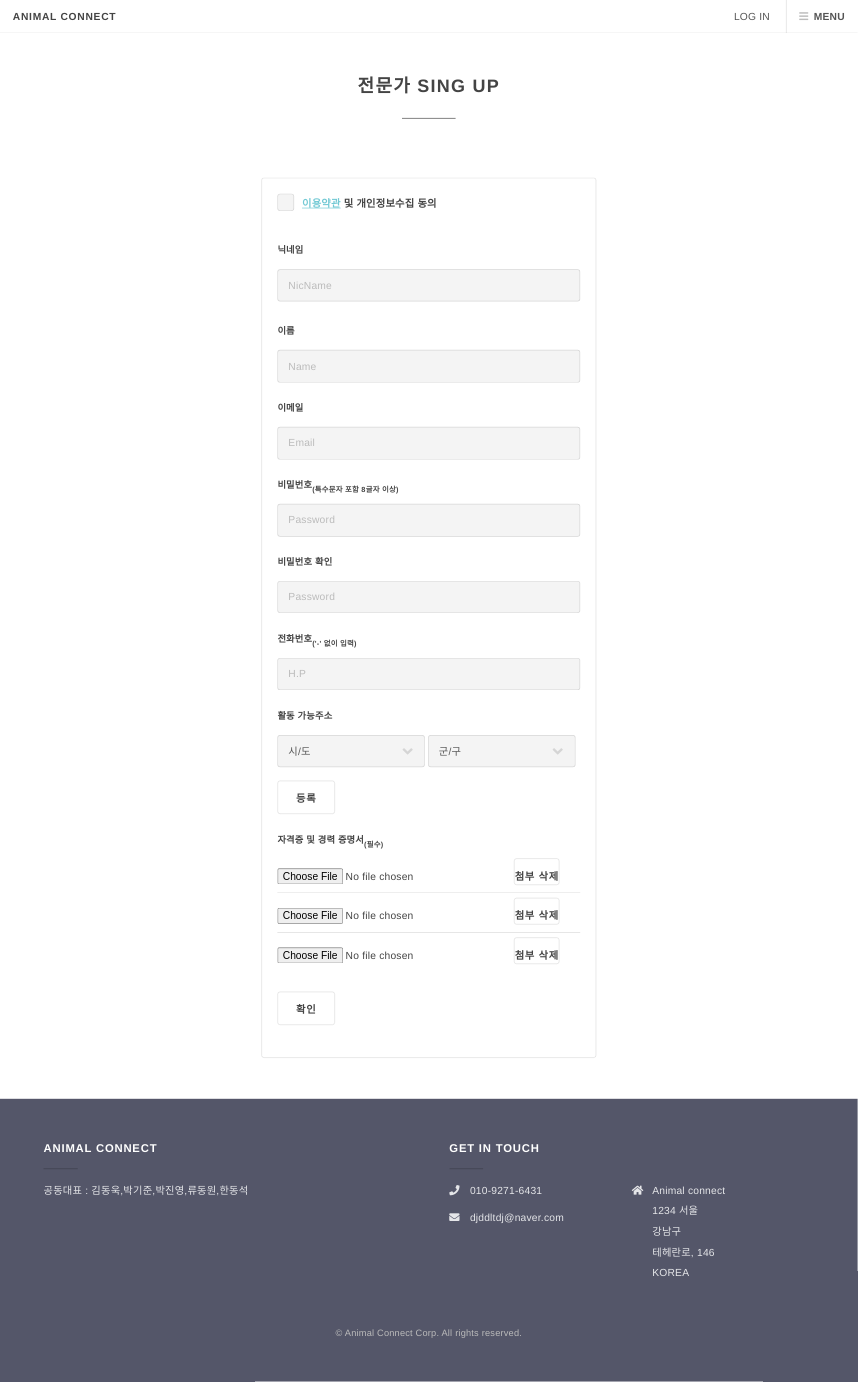
Repository: wnsdldla/git_local
Page: http://localhost/animalConnect/WEB-INF/views/animalConnect/member/proJoin.jsp
An editor plug-in stored every save of this project. The page is shown before and after the next save, followed by the edit.
The browser window is 1280 px wide. The pictures show the whole page, at 67% of full size.
Some web fonts or font styles are not loaded; a fallback is used. The page is served by Tomcat 9. Nobody is signed in. The template is opened directly, without the code that normally fills it, so the values that code supplies are empty.

Above is the page before, as saved 2020-12-15 05:29:37.

After the next save:
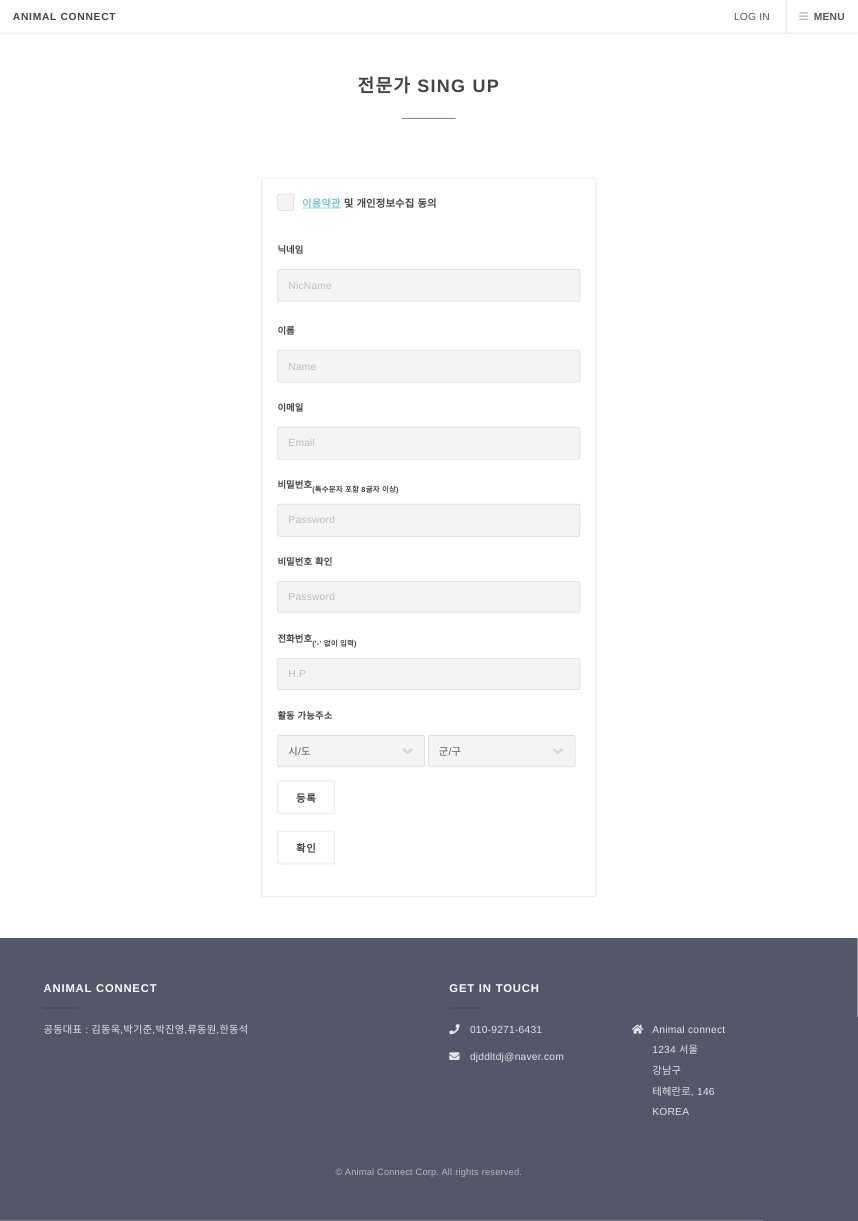
Saved 48 s later.
--- a/animalConnect/src/main/webapp/WEB-INF/views/animalConnect/member/proJoin.jsp
+++ b/animalConnect/src/main/webapp/WEB-INF/views/animalConnect/member/proJoin.jsp
@@ -74,6 +74,7 @@
     								<input id="map" type="button" value="등록" onclick="checkMap(sido1.value, gugun1.value)" style="margin-top: 20px;" >
 
 								</div>
+								<!--
 					<label style="text-align:left;">자격증 및 경력 증명서<sub>(필수)</sub></label>
 
 					<ul class="alt">
@@ -89,7 +90,7 @@
 							<input type="file" style="width:55%;" name="file3">
 							<input type="button" onclick="cancleFile('file3')" value="첨부 삭제" style="margin-left:100px; padding:0px; height:40px;"/>
 						</li>
-					</ul>
+					</ul>		 -->
 								<div style="margin-bottom:25px;">
 									<input type="button" onclick="formSubmit()" value="확인">
 								</div>
